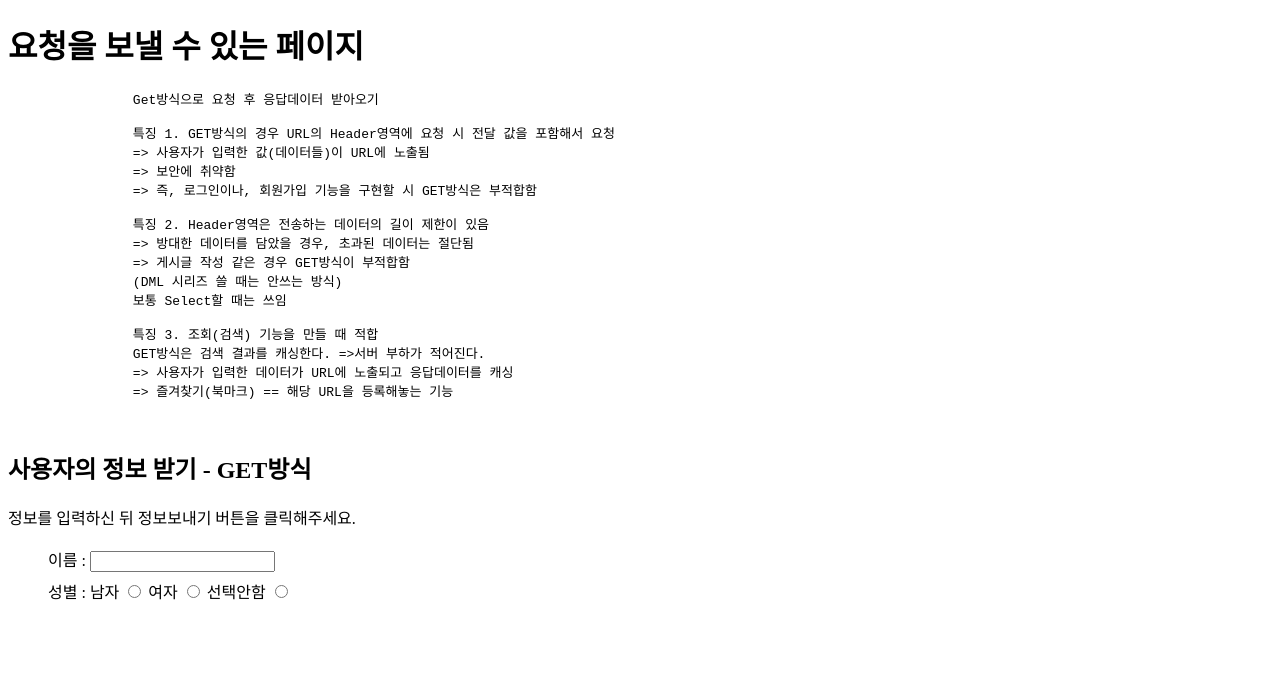
Repository: ham-zi/front-practice
Page: dynamic-workspace/MyFirstWebProject/src/main/webapp/views/request_get.html
An editor plug-in stored every save of this project. The page is shown before and after the next save, followed by the edit.
The browser window is 1280 px wide. The pictures show the whole page.

Above is the page before, as saved 2026-05-04 05:09:30.

### dynamic-workspace/MyFirstWebProject/src/main/webapp/views/request_get.html
<!DOCTYPE html>
<html>
<head>
<meta charset="UTF-8">
<title>요청</title>

<style>
	ul{
		list-style : none;
		line-height : 200%;
	}
</style>

</head>
<body>

	<h1>요청을 보낼 수 있는 페이지</h1>


	<pre>
		Get방식으로 요청 후 응답데이터 받아오기

		특징 1. GET방식의 경우 URL의 Header영역에 요청 시 전달 값을 포함해서 요청
		=> 사용자가 입력한 값(데이터들)이 URL에 노출됨
		=> 보안에 취약함
		=> 즉, 로그인이나, 회원가입 기능을 구현할 시 GET방식은 부적합함

		특징 2. Header영역은 전송하는 데이터의 길이 제한이 있음
		=> 방대한 데이터를 담았을 경우, 초과된 데이터는 절단됨
		=> 게시글 작성 같은 경우 GET방식이 부적합함
		(DML 시리즈 쓸 때는 안쓰는 방식)
		보통 Select할 때는 쓰임

		특징 3. 조회(검색) 기능을 만들 때 적합
		GET방식은 검색 결과를 캐싱한다. =>서버 부하가 적어진다.
		=> 사용자가 입력한 데이터가 URL에 노출되고 응답데이터를 캐싱
		=> 즐겨찾기(북마크) == 해당 URL을 등록해놓는 기능

	</pre>

	<h2> 사용자의 정보 받기 - GET방식 </h2>

	<p>정보를 입력하신 뒤 정보보내기 버튼을 클릭해주세요.</p>

	<form action="" method="get">
		<ul>
			<li>
				이름 : <input type="text" name="name"/>
			</li>
			<li>
				성별 :
				남자 <input type="radio" name="gender"/>
				여자 <input type="radio" name="gender" />
				선택안함 <input type="radio" name="gender"/>
			</li>
			<li>  </li>
			<li>  </li>
			<li>  </li>
			<li>  </li>
			<li>  </li>
		</ul>
	</form>






</body>
</html>

After the next save:
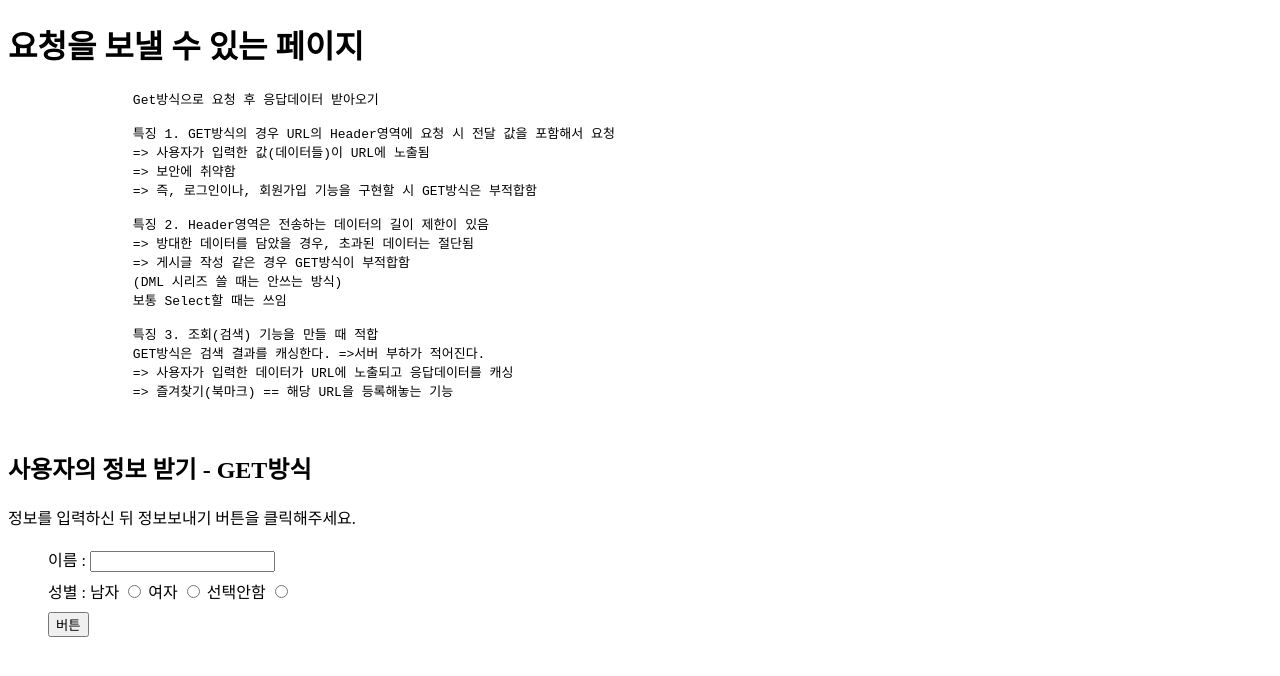
Saved 2 min 38 s later.
--- a/dynamic-workspace/MyFirstWebProject/src/main/webapp/views/request_get.html
+++ b/dynamic-workspace/MyFirstWebProject/src/main/webapp/views/request_get.html
@@ -49,15 +49,17 @@
 			</li>
 			<li>
 				성별 :
-				남자 <input type="radio" name="gender"/>
-				여자 <input type="radio" name="gender" />
+				남자 <input type="radio" name="gender" value="남자"/>
+				여자 <input type="radio" name="gender" value=""/>
 				선택안함 <input type="radio" name="gender"/>
 			</li>
 			<li>  </li>
 			<li>  </li>
 			<li>  </li>
 			<li>  </li>
-			<li>  </li>
+			<li>
+				<button type="submit"> 버튼 </button>
+			</li>
 		</ul>
 	</form>
 
